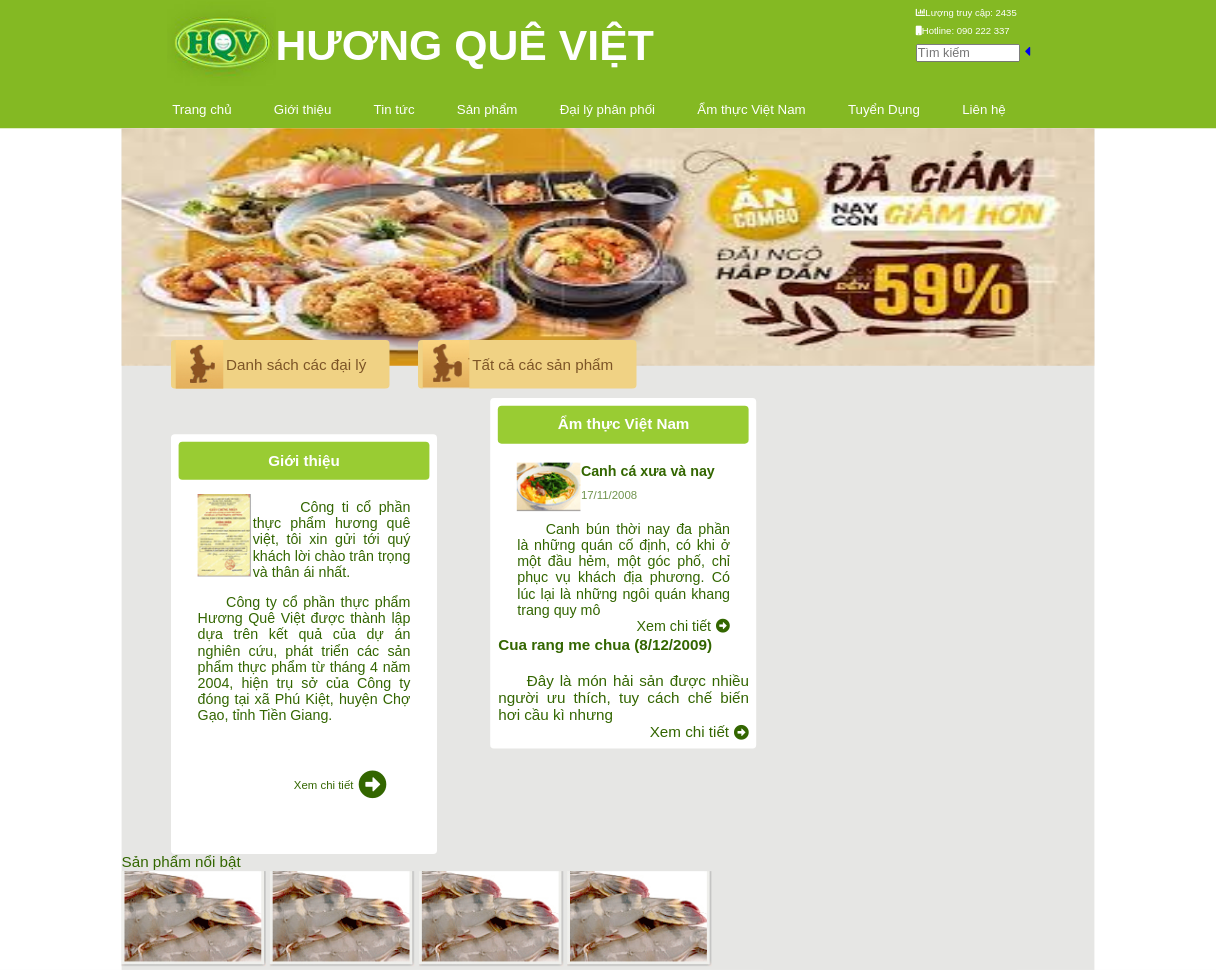
Repository: NgocTruong0701/Self_Learning
Page: html/practice/Baitapweb/index.html
The author's editor kept a copy of each file at every save. The page is drawn from the files as they stood at one save, then again after the next save.
The browser window is 1280 px wide. The pictures show the whole page, at 95% of full size.

Above is the page before, as saved 2021-10-06 21:52:03.

### html/practice/Baitapweb/index.html
<!DOCTYPE html>
<html>
    <head>
        <title>Web Bài 4</title>
        <meta charset="UTF-8">
        <meta name="author" content="Lê Ngọc Trường">
        <link rel="stylesheet" type="text/css" href="./assets/css/styles.css">
        <link rel="stylesheet" href="./assets/font/fontawesome-free-5.15.4-web/css/all.css">
    </head>

    <body>
        <!-- Begin Header -->
        <header>
            <!-- Banner -->
            <div id="banner">
                <!-- Khối bên trái -->
                <div class="box-left">
                    <!-- logo -->
                    <div class="logo">
                        <img src="./assets/pictures/logo/logo.jpg" alt="logo">
                    </div>

                    <!-- tiêu đề -->
                    <div class="header-heading">
                        hương quê việt
                    </div>
                </div>

                <!-- khối bên phải -->
                <div class="box-right">
                    <div class="thongtin">
                        <div class="ltruycap">
                            <i class="fas fa-chart-bar"></i>
                            <p>Lượng truy cập: 2435</p>
                        </div>

                        <div class="ltruycap">
                            <i class="fas fa-mobile"></i>
                            <p>Hotline: 090 222 337</p>
                        </div>
                    </div>

                    <div class="search">
                        <form action="url" method="GET" >
                            <input type="text" placeholder="Tìm kiếm" class="onhap">
                            <a href="#">
                                <i class="fas fa-caret-left"></i>
                            </a>
                        </form>
                    </div>
                </div>
            </div>

            <!-- menu header -->
            <div class="menu-header">
                <ul class="menu-tren">
                    <li><a href="#">Trang chủ</a></li>
                    <li><a href="#">Giới thiệu</a></li>
                    <li><a href="#">Tin tức</a></li>
                    <li><a href="#">Sản phẩm</a></li>
                    <li><a href="#">Đại lý phân phối</a></li>
                    <li><a href="#">Ẩm thực Việt Nam</a></li>
                    <li><a href="#">Tuyển Dụng</a></li>
                    <li><a href="#">Liên hệ</a></li>
                </ul>
            </div>

        </header>
        <!-- End Header -->

        <!-- Begin Body -->
        <div id="container">
            <div class="box-up">
                <div class="body-banner">
                    <img src="./assets/pictures/banner/banner.jpg" alt="body-banner">
                </div>

                <div class="box-list-title">
                    <div class="body-title">
                        <img src="./assets/pictures/product/BT1_03.gif" alt="daily">

                        <p class="body-list">
                            Danh sách các đại lý
                        </p>
                    </div>

                    <div class="body-title">
                        <img src="./assets/pictures/product/BT1_05.gif" alt="daily">

                        <p class="body-list">
                            Tất cả các sản phẩm
                        </p>
                    </div>
                </div>
            </div>


            <div class="box-down">
                <div class="introduce">
                    <p class="title-introduce">Giới thiệu</p>

                    <div class="box-introduce-first">
                        <img src="./assets/pictures/product/BT1_10.gif" alt="chứng nhận" class="image-box-left">

                        <p class="line-first">Công ti cổ phần thực phẩm hương quê việt, tôi xin gửi tới quý khách lời chào trân trọng và thân ái nhất.</p>

                        <p class="line-second">
                            Công ty cổ phần thực phẩm Hương Quê Việt được thành lập dựa trên kết quả của dự án nghiên cứu, phát triển các sản phẩm thực phẩm từ tháng 4 năm 2004, hiện trụ sở của Công ty đóng tại xã Phú Kiệt, huyện Chợ Gạo, tỉnh Tiền Giang.
                        </p>
                    </div>

                    <div class="more">
                        <p class="text-more">Xem chi tiết</p>

                        <i class="fas fa-arrow-alt-circle-right first-icon"></i>
                    </div>
                </div>

                <div class="review">
                    <p class="title-introduce">Ẩm thực Việt Nam</p>

                    <div class="box-review-first">
                        <img src="./assets/pictures/product/BT1_13.gif" alt="chứng nhận" class="image-box-left">

                        <div class="reviewer">
                            <p class="heading-up">Canh cá xưa và nay</p>

                            <p class="time">17/11/2008</p>
                        </div>


                        <p class="line-second">
                            Canh bún thời nay đa phần là những quán cố định, có khi ở một đầu hẻm, một góc phố, chỉ phục vụ khách địa phương. Có lúc lại là những ngôi quán khang trang quy mô
                        </p>
                        <div class="more-second">
                            <p class="text-more">Xem chi tiết</p>

                            <i class="fas fa-arrow-alt-circle-right second-icon"></i>
                        </div>
                    </div>

                    <div class="box-introduce-second">
                        <p class="heading-up">Cua rang me chua <span>(8/12/2009)</span></p>

                        <p class="line-second">
                            Đây là món hải sản được nhiều người ưu thích, tuy cách chế biến hơi cầu kì nhưng
                        </p>

                        <div class="more-second">
                            <p class="text-more">Xem chi tiết</p>

                            <i class="fas fa-arrow-alt-circle-right second-icon"></i>
                        </div>
                    </div>

                </div>



                <div class="list-introduce">
                    <p class="heading-list-introduce">
                        Sản phẩm nổi bật
                    </p>

                    <div class="picture-introduce">
                        <img src="./assets/pictures/product/BT1_16.gif" alt="one" class="img-introduce">
                        <img src="./assets/pictures/product/BT1_16.gif" alt="one" class="img-introduce">
                        <img src="./assets/pictures/product/BT1_16.gif" alt="one" class="img-introduce">
                        <img src="./assets/pictures/product/BT1_16.gif" alt="one" class="img-introduce">
                    </div>
                </div>
            </div>
        </div>
        <!-- End Body -->

        <!-- Begin Footer -->
        <footer>

        </footer>
        <!-- End Footer -->
    </body>
</html>

### html/practice/Baitapweb/assets/css/styles.css
/* RESET CSS */
*{
    padding:0;
    margin: 0;
    box-sizing:border-box;
}

html{
    font-family: Arial, Helvetica, sans-serif;
    color:#fff;
}
/* Begin Header */
header{
    background-color: rgb(132, 185, 35);
    text-align: center;
    width: 100%;
    height: 135px;
}

#banner{
    width: 100%;
    height: 95px;
    display: flex;
    justify-content: space-evenly
}



.header-heading{
    text-transform: uppercase;
    padding-right:100px;
    font-size: 45px;
    font-weight: 700;
}

header .box-left{
    display: flex;
    align-items: center;
}

header .box-right{
    display: inline-block;
    height: 95px;
    position: relative;
    width: 140px;
}

.menu-header{
    height: 40px;
}

.ltruycap{
    display: flex;
    margin: 8px 0;
}

.search{
    position: absolute;
    left:0;

}

.thongtin{
    font-size:10px;
}

.search .onhap{
    width: 110px;
}



.menu-tren li{
    display: inline-block;
    list-style-type:square ;
    margin-right:40px;
}

.menu-tren li a{
    line-height: 40px;
    text-decoration: none;
    color: #fff;
    font-size:14px;
}

.menu-tren li a:hover{
    color: #805528;
}

/* End Header */

/* Begin Container */
#container{
    background: #e6e6e4;
    width: 80%;
    margin-left: auto;
    margin-right: auto;
}
.box-up{
    position: relative;
}

.box-list-title{
    display: inline-flex;
    position: absolute;
    top: 223px;
    left: 52px;
}

.body-title{
    display: flex;
    align-items: center;
    background: #f0d284;
    width: 230px;
    margin-right: 30px;
    border-radius: 4px;
    padding-left:5px;
}

.body-banner img{
    height: 250px ;
    width: 100%;
}

.box-up .body-list{
    color:#7d5527;
    padding-left:3px ;
}

.box-down{
    color: #336600 ;
}

.box-down .introduce{
    margin-top: 30px;
    max-width: 280px;
    display: inline-block;
    margin-left: 52px;
    background: #fff;
    padding: 8px;
    border-radius: 4px;
}

.box-down .title-introduce{
    background: #99cc33;
    height: 40px;
    line-height: 40px;
    color:#fff;
    text-align:center;
    font-weight: 600;
    border-radius:4px;
}

.box-introduce-first{
    margin: 15px 20px 0 20px;
    font-size:15px;
}

.box-down img.image-box-left{
    float:left;
}

.line-first{
    text-indent: 50px;
    text-align: justify;
    padding:5px 0 0 0;
}

.line-second{
    clear: left;
    margin-top: 5px;
    width: 230x;
    text-align: justify;
}

.more{
    display: flex;
    float: right;
    margin: 50px 45px 50px 0;
    align-items: center;
    cursor:pointer;
}

.more .text-more{
    font-size: 12px;
    margin-right: 5px;
}

.more .first-icon{
    font-size:30px;

}

.review{
    margin-top: 30px;
    max-width: 280px;
    display: inline-block;
    margin-left: 52px;
    background: #fff;
    padding: 8px;
    border-radius: 4px;
}

.heading-up{
    font-weight: 600;
    margin-bottom: 10px;
}

.time{
    font-size:12px;
    opacity: 0.7;
}

.line-second{
    text-indent: 30px;
    padding-top: 10px;
}

.box-review-first{
    margin: 15px 20px 0 20px;
    font-size:15px;

}

.heading-up{
    display: block;
    margin-top: 20px;
}

.more-second{
    display: flex;
    float: right;
    align-items: center;
    cursor: pointer;
}

.text-more{
    margin-right: 5px;
}

.heading-up-review{
    font-size:15px;
    border-top: solid;
    margin-top: 30px;
}
/* End Container */

/* Begin Footer */





/* End Footer */

Loaded but not shown: html/practice/Baitapweb/Web4-Webside-LeNgocTruong-2020601391/assets/font/fontawesome-free-5.15.4-web/css/all.css (library)

After the next save:
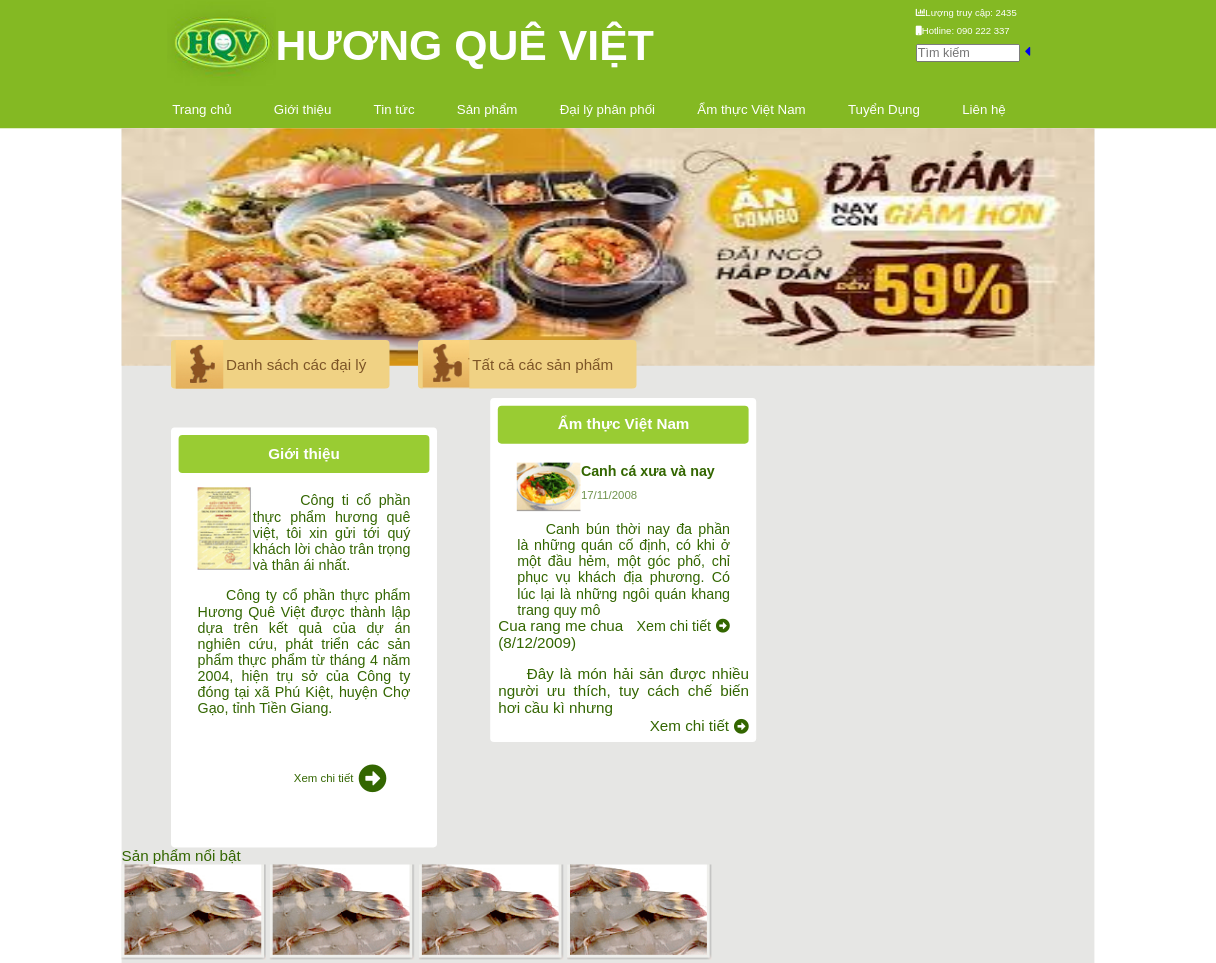
Saved 15 s later.
--- a/html/practice/Baitapweb/index.html
+++ b/html/practice/Baitapweb/index.html
@@ -140,7 +140,7 @@
                     </div>
 
                     <div class="box-introduce-second">
-                        <p class="heading-up">Cua rang me chua <span>(8/12/2009)</span></p>
+                        <p class="heading-up--review">Cua rang me chua <span>(8/12/2009)</span></p>
 
                         <p class="line-second">
                             Đây là món hải sản được nhiều người ưu thích, tuy cách chế biến hơi cầu kì nhưng
